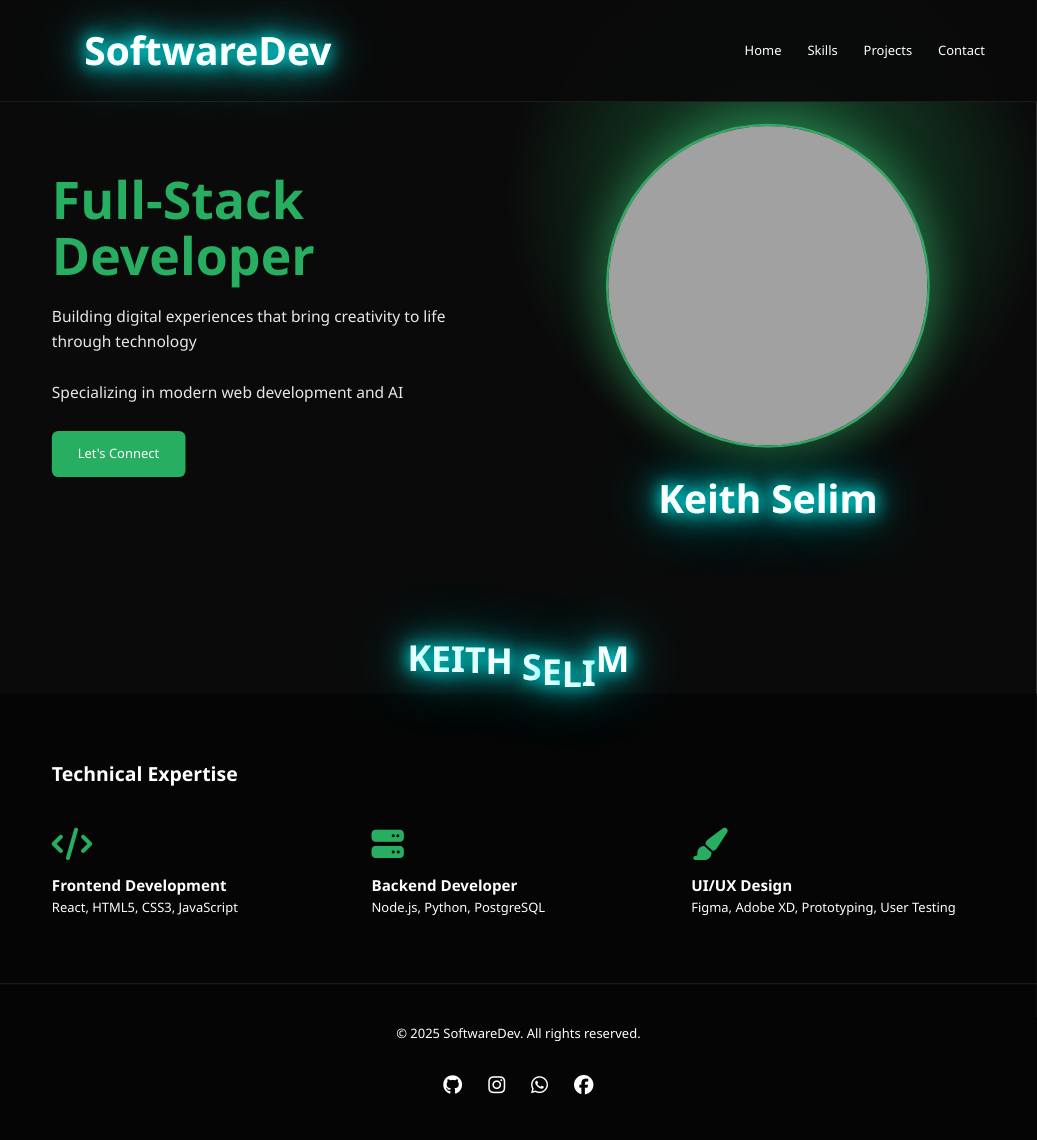
Repository: PEEZYBEE/my-react-portfolio
Page: /
The author's editor kept a copy of each file at every save. The page is drawn from the files as they stood at one save, then again after a run of saves.
The browser window is 1280 px wide. The pictures show the whole page, at 81% of full size.
Pictures or frames that could not be fetched are drawn as grey boxes. The project was rebuilt for these pictures with package versions that can differ from the ones it lists, and the page was loaded fresh each time. Also part of the build but not shown: vite.config.js.

Above is the page before, as saved 2025-04-21 01:14:52.

### index.html
<!doctype html>
<html lang="en">
  <head>
    <meta charset="UTF-8" />
  <link rel="icon" type="image/svg+xml" href="favicon.svg" />
  <meta name="viewport" content="width=device-width, initial-scale=1.0" />
  <title>Keith Selim</title>

  <!-- ✅ Add this line below -->
  <link
    rel="stylesheet"
    href="https://cdnjs.cloudflare.com/ajax/libs/font-awesome/6.7.2/css/all.min.css"
    integrity="sha512-Evv84Mr4kqVGRNSgIGL/F/aIDqQb7xQ2vcrdIwxfjThSH8CSR7PBEakCr51Ck+w+/U6swU2Im1vVX0SVk9ABhg=="
    crossorigin="anonymous"
    referrerpolicy="no-referrer"
  />
</head>
  <body>
    <div id="root"></div>
    <script type="module" src="/src/main.jsx"></script>
  </body>
</html>

### src/index.css
:root {
  font-family: system-ui, Avenir, Helvetica, Arial, sans-serif;
  line-height: 1.5;
  font-weight: 400;

  color-scheme: light dark;
  color: rgba(255, 255, 255, 0.87);
  background-color: #242424;

  font-synthesis: none;
  text-rendering: optimizeLegibility;
  -webkit-font-smoothing: antialiased;
  -moz-osx-font-smoothing: grayscale;
}

a {
  font-weight: 500;
  color: #646cff;
  text-decoration: inherit;
}
a:hover {
  color: #535bf2;
}

body {
  margin: 0;


  min-width: 320px;
  min-height: 100vh;
}

h1 {
  font-size: 3.2em;
  line-height: 1.1;
}

button {
  border-radius: 8px;
  border: 1px solid transparent;
  padding: 0.6em 1.2em;
  font-size: 1em;
  font-weight: 500;
  font-family: inherit;
  background-color: #1a1a1a;
  cursor: pointer;
  transition: border-color 0.25s;
}
button:hover {
  border-color: #646cff;
}
button:focus,
button:focus-visible {
  outline: 4px auto -webkit-focus-ring-color;
}

@media (prefers-color-scheme: light) {
  :root {
    color: #213547;
    background-color: #ffffff;
  }
  a:hover {
    color: #747bff;
  }
  button {
    background-color: #f9f9f9;
  }
}

### src/App.jsx
import React from "react";
import Navbar from './components/Navbar';
import Hero from './components/Hero';
import NameBanner from './components/NameBanner';
import Skills from './components/Skills';
import Footer from './components/Footer';
import './style.css';


function App() {
  return (
    <>
      <Navbar />
      <Hero />
      <NameBanner />
      <Skills />
      <Footer />
    </>
  );
}

export default App;

### src/components/Navbar.jsx
import React from "react";

const Navbar = () => {
  return (
    <nav className="navbar">
      <a href="#home" className="logo">SoftwareDev</a>
      <ul className="nav-links">
        <li><a href="#home">Home</a></li>
        <li><a href="#skills">Skills</a></li>
        <li><a href="#projects">Projects</a></li>
        <li><a href="#contact">Contact</a></li>
      </ul>
    </nav>
  );
};

export default Navbar;

### src/components/Hero.jsx
import React from 'react';
import './Hero.css';

const Hero = () => {
  return (
    <section id="home" className="hero">
      <div className="hero-content">
        <h1>Full-Stack Developer</h1>
        <p>Building digital experiences that bring creativity to life through technology</p>
        <p className="highlight">Specializing in modern web development and AI</p>
        <a href="#contact" className="cta-button">Let's Connect</a>
      </div>

      <div className="hero-image-container">
        <img src="profile.jpg" alt="Profile" className="profile-img" />
        <div className="name-banner">
          <h2>Keith Selim</h2>
        </div>
      </div>
    </section>
  );
};

export default Hero;

### src/components/NameBanner.jsx
import React from "react";

const NameBanner = () => {
  return (
    <h1 className="bouncing-letters" style={{ textAlign: "center", fontSize: "30px" }}>
      <span>K</span>
      <span>E</span>
      <span>I</span>
      <span>T</span>
      <span>H</span>
      <span>&nbsp;</span>
      <span>S</span>
      <span>E</span>
      <span>L</span>
      <span>I</span>
      <span>M</span>
    </h1>
  );
};

export default NameBanner;

### src/components/Skills.jsx
import React from "react";

const Skills = () => {
  return (
    <section id="skills" className="skills">
      <h2>Technical Expertise</h2>
      <div className="skills-grid">
        <div className="skill-card">
          <i className="fa-solid fa-code"></i>
          <h3>Frontend Development</h3>
          <p>React, HTML5, CSS3, JavaScript</p>
        </div>
        <div className="skill-card">
          <i className="fa-solid fa-server"></i>
          <h3>Backend Developer</h3>
          <p>Node.js, Python, PostgreSQL</p>
        </div>
        <div className="skill-card">
          <i className="fa-solid fa-paintbrush"></i>
          <h3>UI/UX Design</h3>
          <p>Figma, Adobe XD, Prototyping, User Testing</p>
        </div>
      </div>
    </section>
  );
};

export default Skills;

### src/components/Footer.jsx
import React from "react";

const Footer = () => {
  return (
    <footer>
      <p>&copy; 2025 SoftwareDev. All rights reserved.</p>
      <div className="social-links">
        <a href="#"><i className="fa-brands fa-github"></i></a>
        <a href="#"><i className="fa-brands fa-instagram"></i></a>
        <a href="#"><i className="fa-brands fa-whatsapp"></i></a>
        <a href="#"><i className="fa-brands fa-facebook"></i></a>
      </div>
    </footer>
  );
};

export default Footer;

### src/style.css
.bouncing-letters span {
display: inline-block;
color: white;
text-shadow: 0px 0px 0px cyan,
             0px 0px 20px cyan,
             0px 0px 40px cyan,
             0px 0px 80px cyan;
font-size: 44px;
font-weight: bold;
animation: bounce 0.8s ease infinite alternate;



}

@keyframes bounce {
    0% { transform: translateY(0) }
    100% { transform: translateY(-20px) }

}

.bouncing-letters span:nth-child(1)
{ animation-delay:  0.1s; }


.bouncing-letters span:nth-child(2)
{ animation-delay:  0.2s; }


.bouncing-letters span:nth-child(3)
{ animation-delay:  0.3s; }


.bouncing-letters span:nth-child(4)
{ animation-delay:  0.4s; }


.bouncing-letters span:nth-child(5)
{ animation-delay: 0.5s; }


.bouncing-letters span:nth-child(6)
{ animation-delay:  0.6s; }

.bouncing-letters span:nth-child(7)
{ animation-delay:  0.7s; }

.bouncing-letters span:nth-child(8)
{ animation-delay:  0.8s; }

.bouncing-letters span:nth-child(9)
{ animation-delay:  0.9s; }

.bouncing-letters span:nth-child(10)
{ animation-delay:  1.0s; }

body{
    background-color: var(--dark-bg);
    color: var(--text);
    line-height: 1.6;
    overflow-x: hidden;
}


*{
  margin: 0;
  padding: 0;
  box-sizing: border-box;
  font-family: 'Segoe UI', sans-serif;
}
:root{
  --dark-bg: #0a0a0a;
  --darker-bg: #050505;
  --accent-glow: rgba(46, 204, 113, 0.4);
  --text: #ffffff;
}

.navbar{
  position: fixed;
  top: 0;
  width: 100%;
  padding: 1.5rem 5%;
  display: flex;
  justify-content: space-between;
  align-items: center;
  background:  rgba(10, 10, 10, 0.95);
  backdrop-filter: blur(10px);
  z-index: 1000;
  border-bottom: 1px solid rgba(255, 255, 255, 0.1);
}

.logo{
  font-size: 3rem;
  font-weight: 700;
  color: white;
  text-shadow: 0px 0px 0px cyan,
               0px 0px 20px cyan,
               0px 0px 40px cyan,
               0px 0px 80px cyan;
  /*color: var(--accent-glow);*/
  text-decoration: none;
  position: relative;
  padding-left: 2.5rem;
}

.nav-links{
  display: flex;
  gap: 2rem;
  list-style: none;
}

.nav-links a {
  color: var(--text);
  text-decoration: none;
  font-weight: 500;
  transition: all 0.3s ease;
  position: relative;
}

.nav-links a::after {
  content: '';
  position: absolute;
  bottom:  -5px;
  left: 0;
  width: 0;
  height: 2px;
  background: var(--accent-glow);
  transition: width 0.3s ease;
}

.nav-links a:hover::after {
   width: 100%;
}

.hero {
  min-height: 100vh;
  display: flex;
  align-items: center;
  padding: 12% 5%;
  background: radial-gradient(circle at 75% 30%,var(--accent-glow) 0%,transparent 30%);
}

.hero-content {
    flex: 1;
    padding-right: 5rem;
}

.hero-image {
    flex: 1;
    text-align: center;
    position: relative;
}

.profile-img {
    width: 400px;
    height: 400px;
    border-radius: 50%;
    object-fit: cover;
    border: 3px solid ,#27ae60;
    box-shadow: 0 0 50px 10px var(--accent-glow);
    animation: float 3s ease-in-out infinite;
    filter: grayscale(0.2) contrast(1.1);
}

@keyframes float {
    0%, 100%{ transform: translateY(0);}
    50% { transform: translateY(-20px);}
}

.hero h1 {
    font-size: 4rem;
    margin-bottom: 1.5rem;
    color: #27ae60;
    -webkit-background-clip: text;
    /*-webkit-text-fill-color: transparent;*/
    z-index: 10;
}

.hero p {
  font-size: 1.2rem;
  margin-bottom: 2rem;
  opacity: 0.9;
  max-width: 600px;
}

.cta-button {
  display: inline-block;
  padding: 1rem 2rem;
  background:  #27ae60;
  color: white;
  border-radius: 8px;
  text-decoration: none;
  transition: all 0.3s ease;
  position: relative;
  overflow: hidden;
}

.skills {
    padding: 5rem 5%;
    background: var(--darker-bg);
}

.skills-grid {
    display: grid;
    grid-template-columns: repeat(auto-fit,minmax(250px, 1fr));
    gap: 2rem;
    margin-top: 3rem;
}


.skills-card {
    padding: 2rem;
    border-radius: 15px;
    background: rgba(255,255,255,0.05);
    transition: all 0,3s ease;
    border: 1px solid rgba(255,255,255,0.1);
    backdrop-filter: blur(5px);
}

.skill-card:hover {
    transform: translateY(-10px);
    border-color: #27ae60;
    box-shadow: 0 10px 30px var(--accent-glow);
}

.skill-card i {
    font-size: 2.5rem;
    color:  #27ae60;
    margin-bottom: 1rem;
}

footer {
    background: var(--darker-bg);
    padding: 3rem 5%;
    text-align: center;
    border-top: 1px solid rgba(255, 255, 255, 0.1);
    width: 100%; /* Ensure it takes full width */
    position: relative;
    box-sizing: border-box;

}

.social-links {
    margin-top: 2rem;
    display: flex;
    justify-content: center;
    gap: 2rem;
}

.social-links a {
    color: var(--text);
    font-size:  1.5rem;
    transition: all 0.3s ease;
}

.social-links a:hover {
    color: white;
    text-shadow: 0px 0px 0px cyan,
                 0px 0px 20px cyan,
                 0px 0px 40px cyan,
                 0px 0px 80px cyan;
    transform: translateY(-3px);
}

@media (max-width: 768px) {
    .hero {
        flex-direction: column;
        text-align: center;
        padding-top: 8rem;
    }
    .hero-content {
        padding-right: 0;
        margin-bottom: 3rem;
    }
    .profile-img {
        width: 280px;
        height: 280px;
    }
    .nav-links {
        display: none;
    }
    .logo {
        font-size: 1.5rem;
        padding-left: 2rem;
    }
}

### src/components/Hero.css
.hero {
    min-height: 100vh;
    display: flex;
    align-items: center;
    padding: 12% 5%;
    background: radial-gradient(circle at 75% 30%, var(--accent-glow) 0%, transparent 30%);
  }

  .hero-content {
    flex: 1;
    padding-right: 5rem;
  }

  .hero-image-container {
    flex: 1;
    text-align: center;
    position: relative;
  }

  .profile-img {
    width: 400px;
    height: 400px;
    border-radius: 50%;
    object-fit: cover;
    border: 3px solid #27ae60;
    box-shadow: 0 0 50px 10px var(--accent-glow);
    animation: float 3s ease-in-out infinite;
    filter: grayscale(0.2) contrast(1.1);
  }

  .name-banner {
    margin-top: 1rem;
    font-size: 2rem;
    color: white;
    font-weight: bold;
    text-shadow: 0px 0px 0px cyan, 0px 0px 20px cyan, 0px 0px 40px cyan, 0px 0px 80px cyan;
  }

  @keyframes float {
    0%, 100% {
      transform: translateY(0);
    }
    50% {
      transform: translateY(-20px);
    }
  }

  @media (max-width: 768px) {
    .hero {
      flex-direction: column;
      text-align: center;
      padding-top: 8rem;
    }
    .hero-content {
      padding-right: 0;
      margin-bottom: 3rem;
    }
    .profile-img {
      width: 280px;
      height: 280px;
    }
  }

Loaded but not shown: src/main.jsx (common file)

After the next 2 saves:
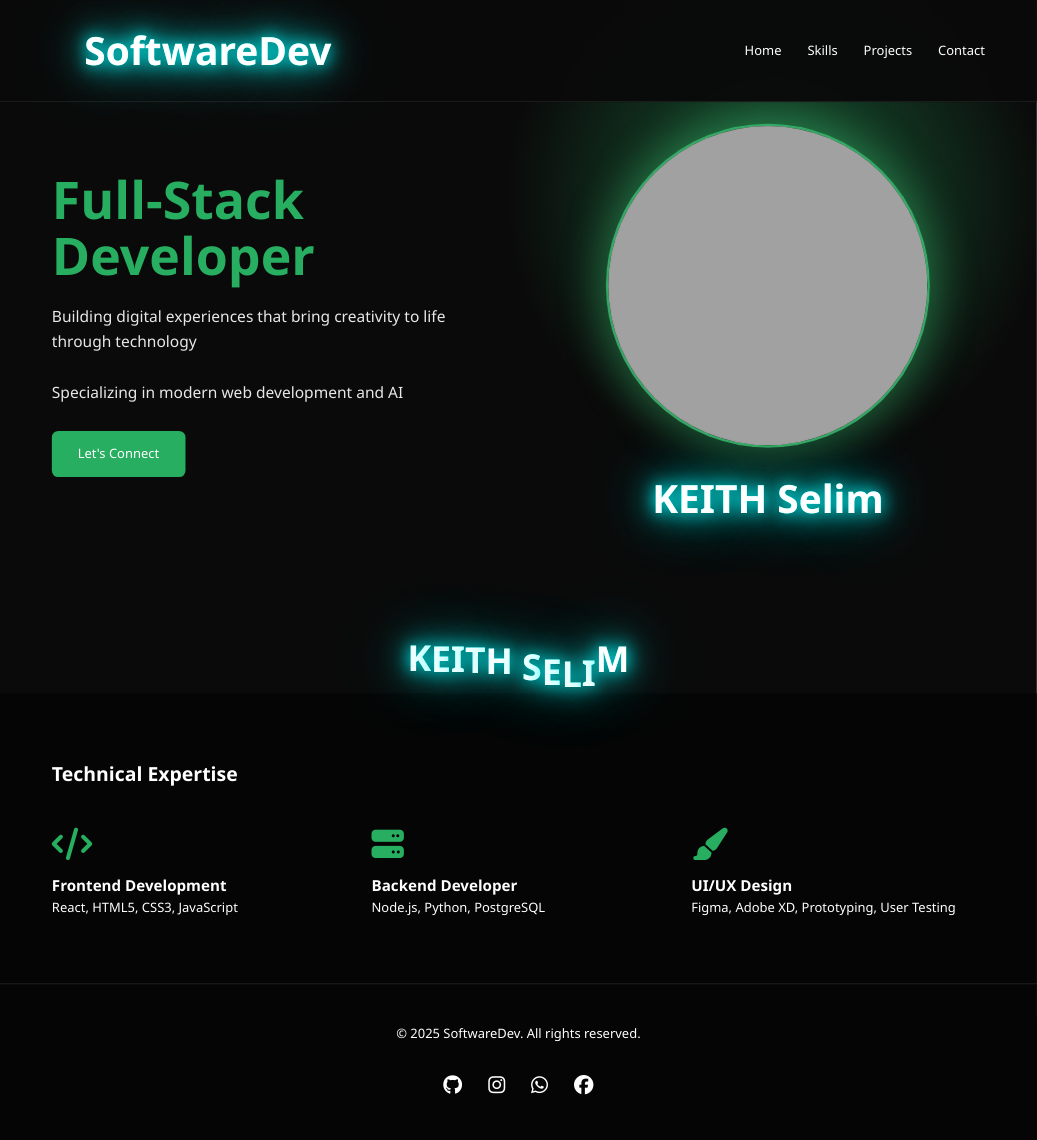
The 2 saves are shown as one change because they came seconds apart.
The last was saved 44 s later.
--- a/src/components/Hero.jsx
+++ b/src/components/Hero.jsx
@@ -14,7 +14,7 @@ const Hero = () => {
       <div className="hero-image-container">
         <img src="profile.jpg" alt="Profile" className="profile-img" />
         <div className="name-banner">
-          <h2>Keith Selim</h2>
+          <h2>KEITH Selim</h2>
         </div>
       </div>
     </section>
